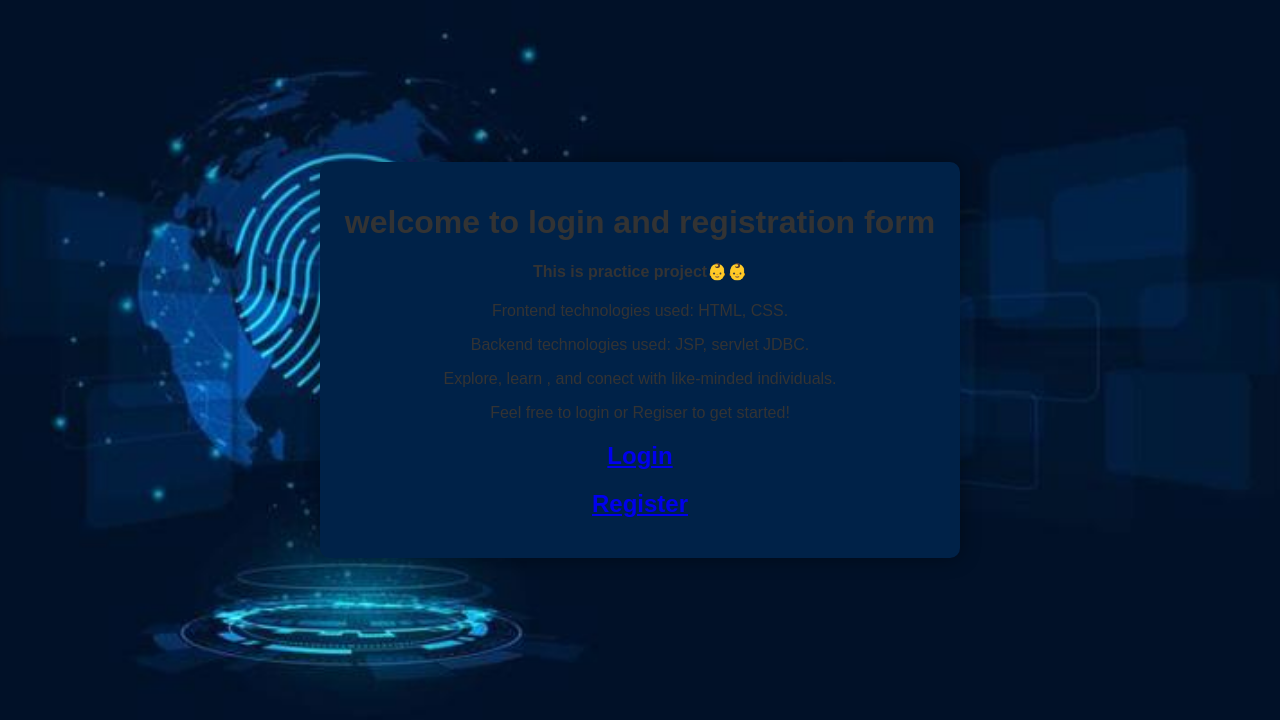
Repository: Rajivkumar2023/java-practice
Page: http://localhost/Login-Registration/
An editor plug-in stored every save of this project. The page is shown before and after the next save, followed by the edit.
The browser window is 1280 px wide. The pictures show the whole page.
The page is served by Tomcat 10. Other server files are loaded and not shown.

Above is the page before, as saved 2024-07-31 09:26:38.

### Login-Registration/src/main/webapp/index.html
<!DOCTYPE html>
<html>
<head>
<meta charset="UTF-8">
<title>Insert title here</title>
<link rel="stylesheet" type="text/css" href="index.css">
</head>
<body>
<div class="containter">
	<h1> welcome to login and registration form</h1>
	<h4><b>This is practice project👶👶</b></h4>
	<p>Frontend technologies used: HTML, CSS. </p>
	<P> Backend technologies used: JSP, servlet JDBC.</P>
	<P> Explore, learn , and conect with like-minded individuals.</P>
	<p> Feel free to login or Regiser to get started!</p>
	<div class="links">
		<a href="login.jsp"><h2>Login</h2></a>

		<a href="register.jsp"><h2>Register</h2></a>
	</div>
</div>
</body>
</html>

### Login-Registration/src/main/webapp/index.css
@charset "UTF-8";
body{
	align-items:center;
	background-color:#BEFD6C;
	font-family:'Arial', sans-sarif;
	justify-content:center;
	height:100vh;
	margin:0;
	background-color:#BEFD6C;
	background-image:url('background_img.jpg');
	background-size:cover;
	background-position:center center;
	background-repeat: no-repeat;
	color:#333;
	display:flex;
	flex-direction:column;
}
.containter{
	width:600px;
	padding:20px;
	border-radius:10px;
	box-shadow: 0 0 20px rgba(0,0,1,0.4);
	background-color:#002248;
	text-align:center;

}

After the next save:
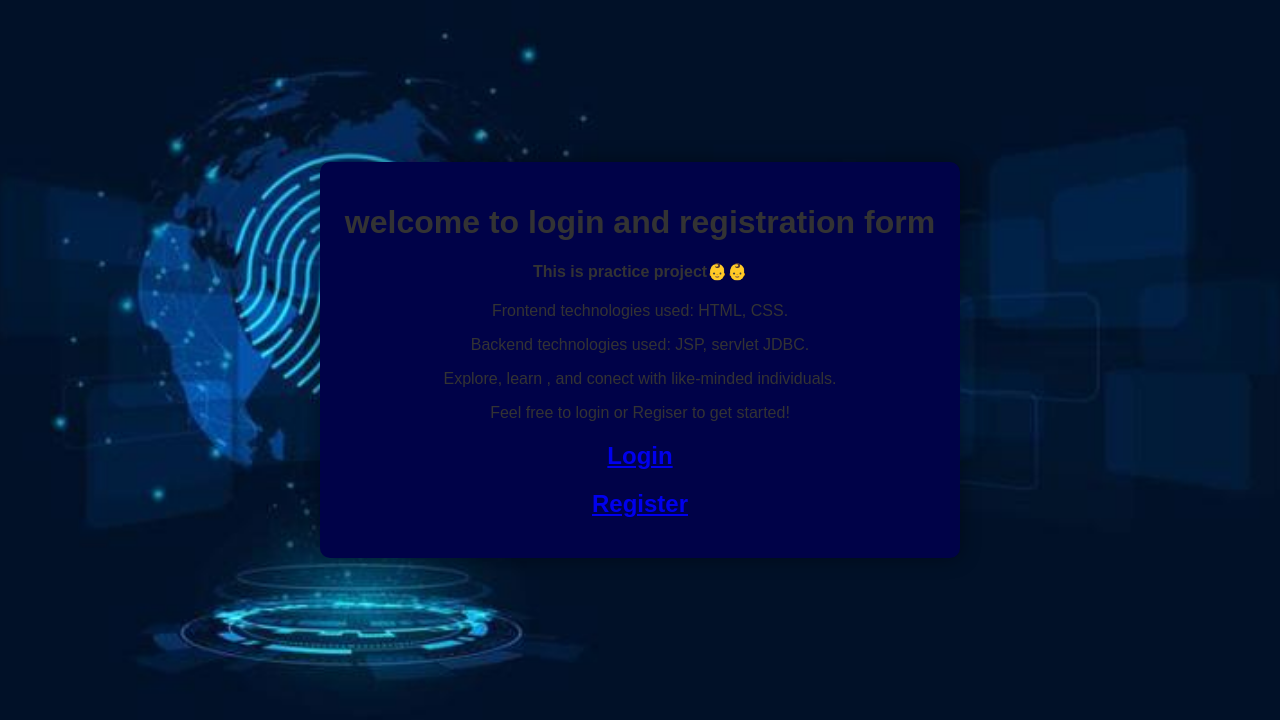
Saved 25 s later.
--- a/Login-Registration/src/main/webapp/index.css
+++ b/Login-Registration/src/main/webapp/index.css
@@ -20,7 +20,7 @@ body{
 	padding:20px;
 	border-radius:10px;
 	box-shadow: 0 0 20px rgba(0,0,1,0.4);
-	background-color:#002248;
+	background-color:#000248;
 	text-align:center;
 
 }
